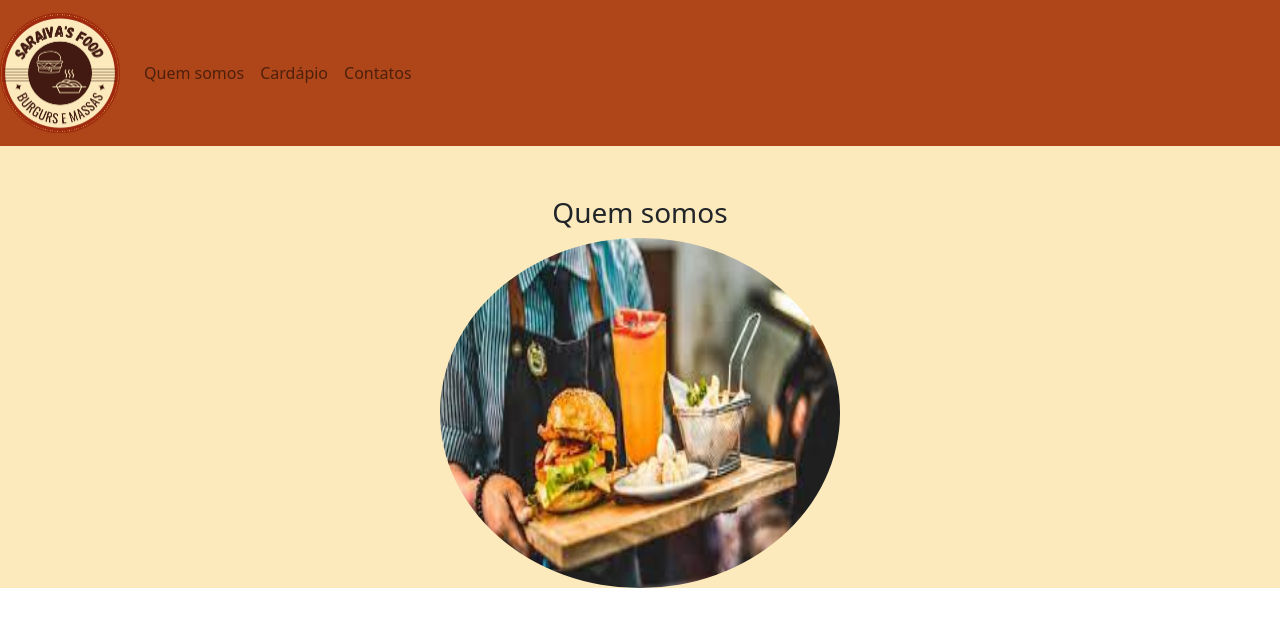
Repository: Tuanemendes/curso_bootstrap
Page: projeto1/index.html
The author's editor kept a copy of each file at every save. The page is drawn from the files as they stood at one save, then again after the next save.
The browser window is 1280 px wide. The pictures show the whole page.

Above is the page before, as saved 2022-04-04 16:40:17.

After the next save:
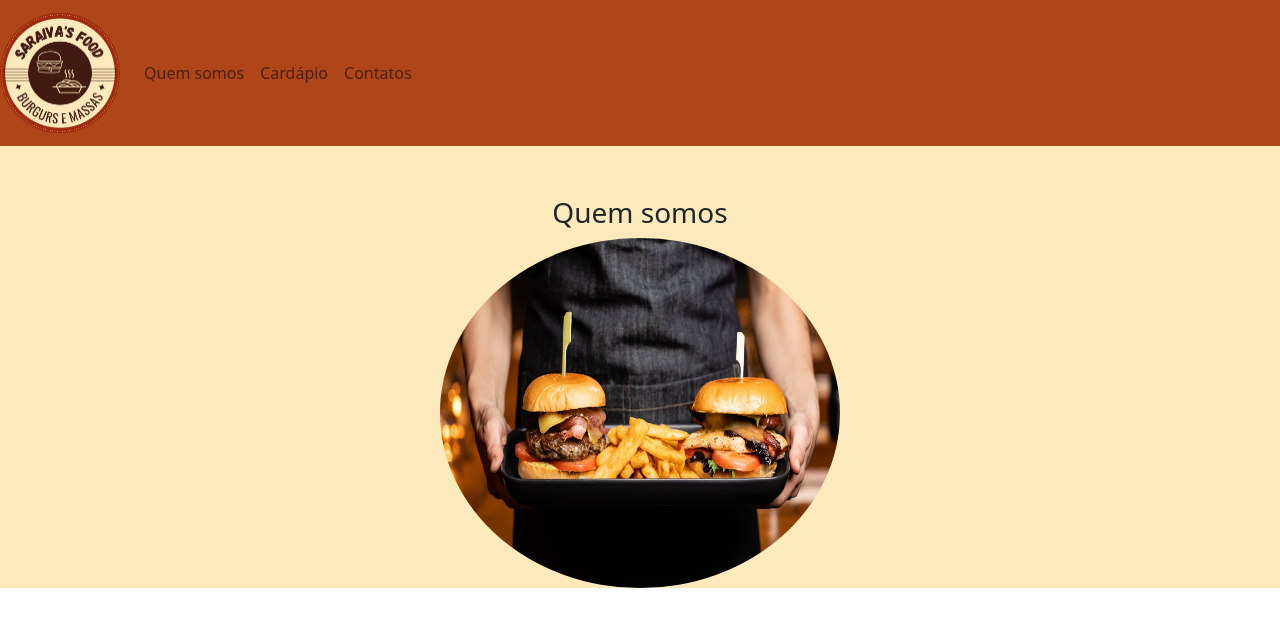
Saved 5 min 23 s later.
--- a/projeto1/index.html
+++ b/projeto1/index.html
@@ -31,7 +31,7 @@
     <section id="quemsomos">
         <div class="container-fluid quem-somos text-center margin">
             <h3>Quem somos</h3>
-            <img src="/img/quemsomos.jpeg" class="rounded-circle" alt="burgueria" width="400" height="350">
+            <img src="/img/FICHA-TECNICA-PARA-HAMBURGUERIA-DICA.jpg" class="rounded-circle" alt="burgueria" width="400" height="350">
         </div>
     </section>
 </body>
